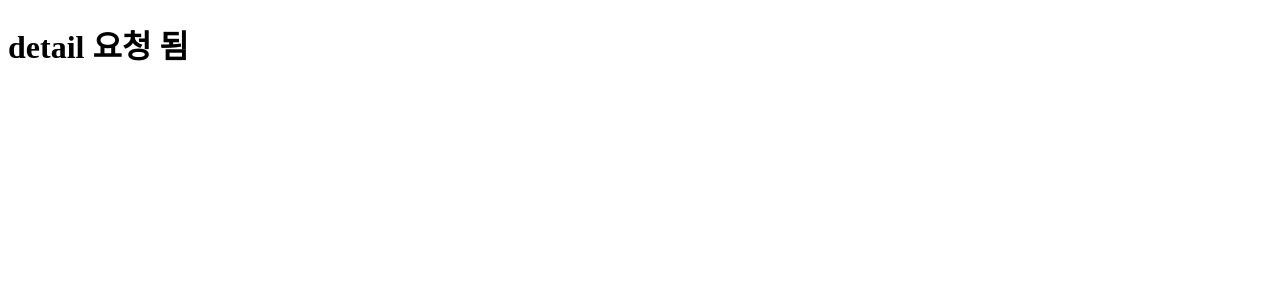
Repository: kvmhyvmvn/Study_JspServlet
Page: http://localhost/05.Mybatis/customer/detail.jsp
These files come from the project's save history. The page is drawn as it stood at one moment and after the next save; the edit follows.
The browser window is 1280 px wide. The pictures show the whole page.
The page is served by Tomcat 9. Other server files are loaded and not shown.

Above is the page before, as saved 2023-05-25 01:48:59.

### WorkSpace/05.Mybatis/src/main/webapp/customer/detail.jsp
<%@ page language="java" contentType="text/html; charset=UTF-8"
    pageEncoding="UTF-8"%>
<!DOCTYPE html>
<html>
<head>
<meta charset="UTF-8">
<title>Insert title here</title>
</head>
<body>
	<h1>detail 요청 됨</h1>
</body>
</html>

After the next save:
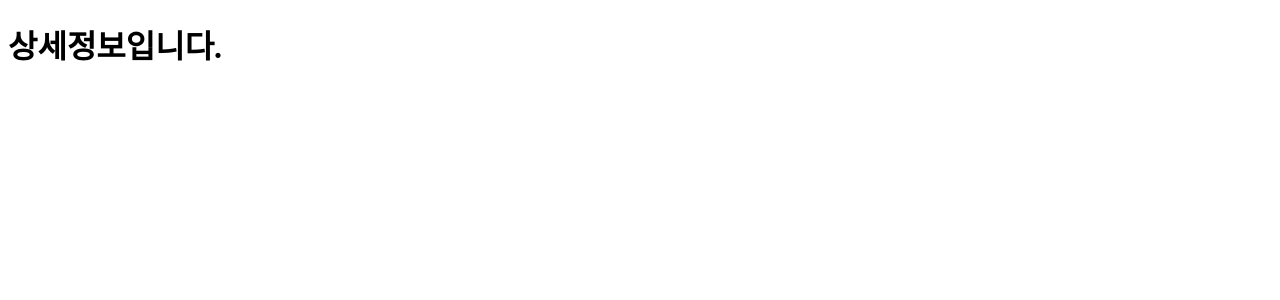
Saved 30 s later.
--- a/WorkSpace/05.Mybatis/src/main/webapp/customer/detail.jsp
+++ b/WorkSpace/05.Mybatis/src/main/webapp/customer/detail.jsp
@@ -7,6 +7,6 @@
 <title>Insert title here</title>
 </head>
 <body>
-	<h1>detail 요청 됨</h1>
+	<h1>상세정보입니다.</h1>
 </body>
 </html>
